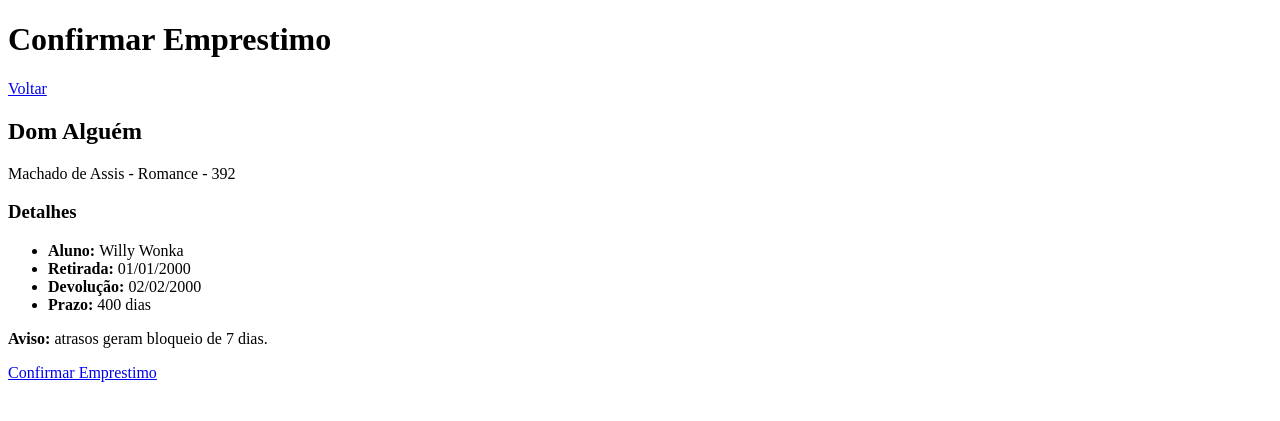
Repository: melloeduarda/html
Page: confirmar.html
These files come from the project's save history. The page is drawn as it stood at one moment and after a run of saves; the edit follows.
The browser window is 1280 px wide. The pictures show the whole page.

Above is the page before, as saved 2026-10-28 16:24:16.

After the next 3 saves:
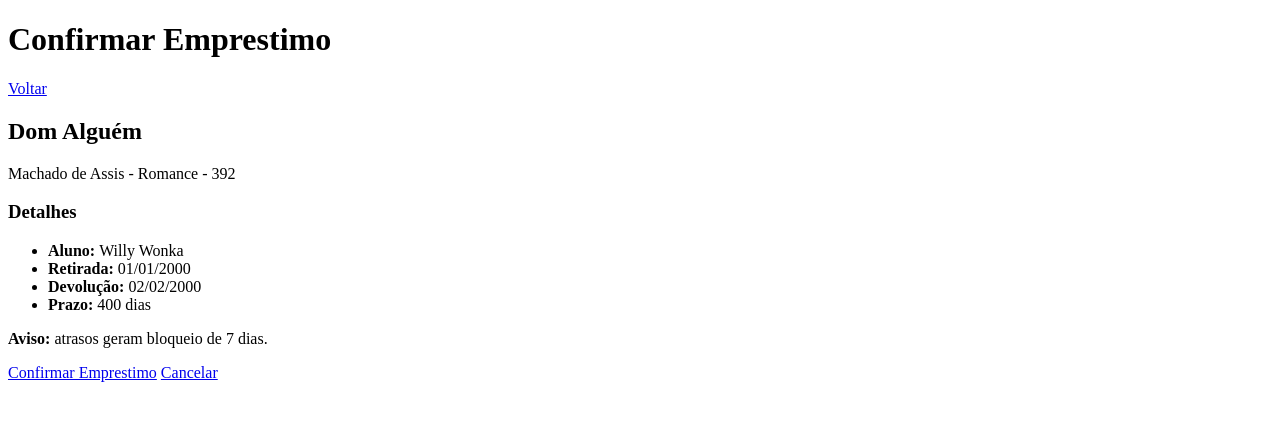
The 3 saves are shown as one change because they came seconds apart.
The last was saved 10 s later.
--- a/confirmar.html
+++ b/confirmar.html
@@ -25,6 +25,6 @@
         <p><strong>Aviso: </strong>atrasos geram bloqueio de 7 dias.</p>
 
         <a class="botao" href="index.html">Confirmar Emprestimo</a>
-        <a class="botao" href="buscar.html"
+        <a class="botao" href="buscar.html">Cancelar</a>
 </body>
 </html>
